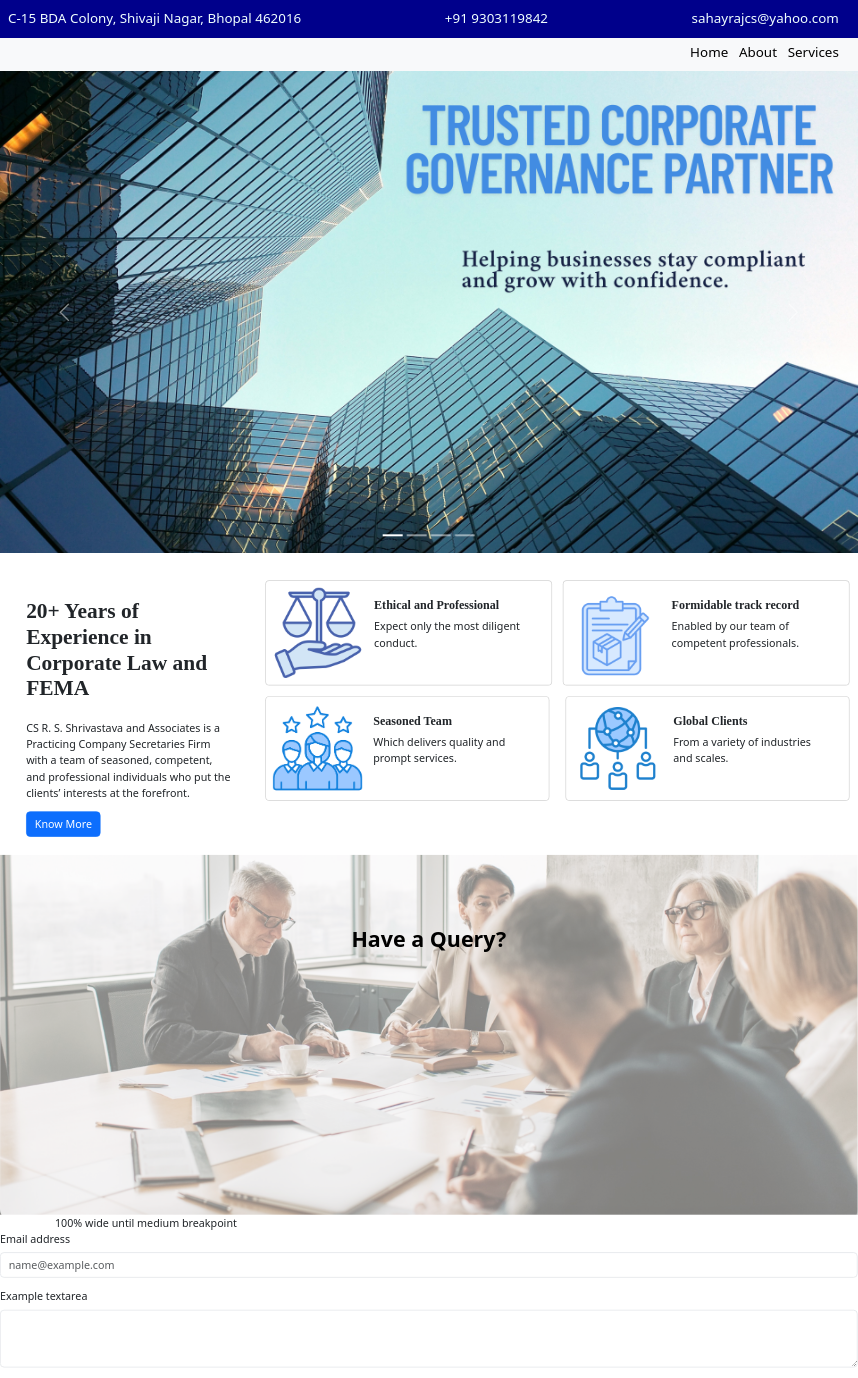
Repository: aayushiss/CS-RSS
Page: index.html
These files come from the project's save history. The page is drawn as it stood at one moment and after the next save; the edit follows.
The browser window is 1280 px wide. The pictures show the whole page, at 67% of full size.

Above is the page before, as saved 2025-05-15 18:51:06.

After the next save:
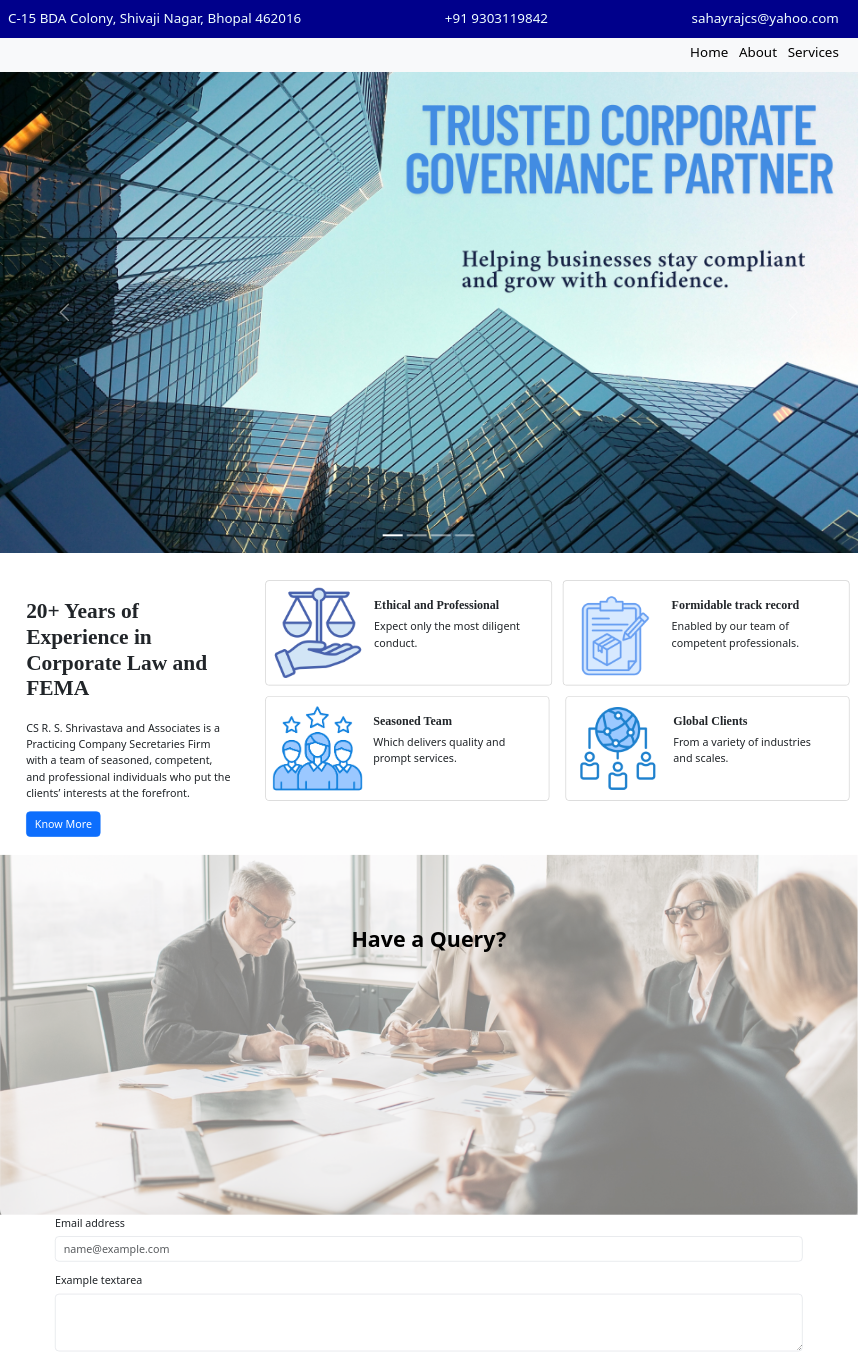
Saved 15 s later.
--- a/index.html
+++ b/index.html
@@ -170,17 +170,15 @@
     </h2>
   </div>
 
-  <div class="container-md">100% wide until medium breakpoint
-
-  </div>
-
-  <div class="mb-3">
-    <label for="exampleFormControlInput1" class="form-label">Email address</label>
-    <input type="email" class="form-control" id="exampleFormControlInput1" placeholder="name@example.com">
-  </div>
-  <div class="mb-3">
-    <label for="exampleFormControlTextarea1" class="form-label">Example textarea</label>
-    <textarea class="form-control" id="exampleFormControlTextarea1" rows="3"></textarea>
+  <div class="container-md">
+    <div class="mb-3">
+      <label for="exampleFormControlInput1" class="form-label">Email address</label>
+      <input type="email" class="form-control" id="exampleFormControlInput1" placeholder="name@example.com">
+    </div>
+    <div class="mb-3">
+      <label for="exampleFormControlTextarea1" class="form-label">Example textarea</label>
+      <textarea class="form-control" id="exampleFormControlTextarea1" rows="3"></textarea>
+    </div>
   </div>
 
   <script src="https://cdn.jsdelivr.net/npm/bootstrap@5.3.3/dist/js/bootstrap.bundle.min.js"
